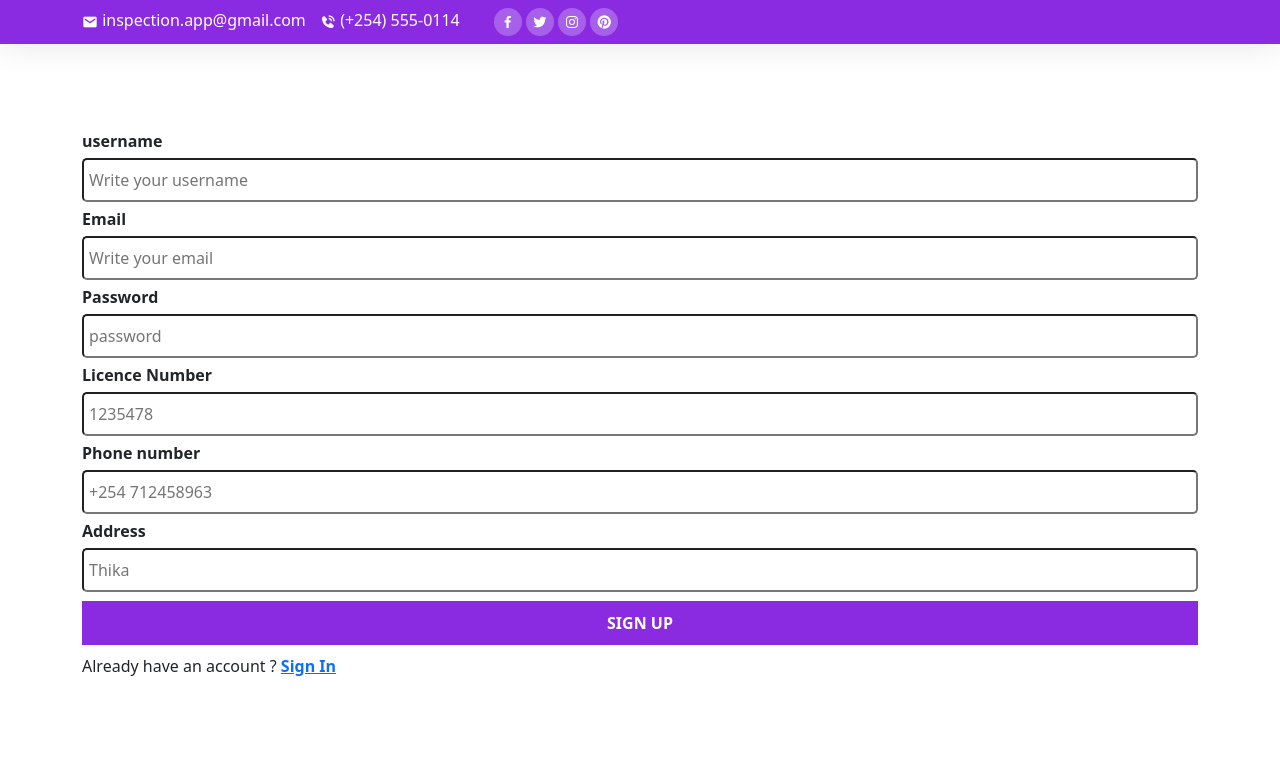
Repository: NDISHAW/Inspectionapp-rails
Page: public/signup.html
These files come from the project's save history. The page is drawn as it stood at one moment and after the next save; the edit follows.
The browser window is 1280 px wide. The pictures show the whole page.

Above is the page before, as saved 2022-10-09 04:18:36.

### public/signup.html
<!DOCTYPE html>
<html lang="en">
  <head>
    <meta charset="UTF-8" />
    <meta http-equiv="X-UA-Compatible" content="IE=edge" />
    <meta name="viewport" content="width=device-width, initial-scale=1.0" />
    <title>Sign up</title>
    <link rel="stylesheet" href="css/style.css">
    <link rel="stylesheet" href="css/bootstrap.min.css">
    <link rel="stylesheet" href="css/owl.carousel.min.css">
    <link rel="stylesheet" href="css/owl.theme.default.min.css">
    <link href='https://unpkg.com/boxicons@2.1.1/css/boxicons.min.css' rel='stylesheet'>

    <script src="/js/axios/dist/axios.min.js"></script>
  </head>
  <body data-bs-spy="scroll" data-bs-target=".navbar" data-bs-offset="70">


      <!-- TOP NAV -->
      <div class="top-nav navbar" id="home">
          <div class="container">
              <div class="row justify-content-between">
                  <div class="col-auto">
                      <p> <i class='bx bxs-envelope'></i> inspection.app@gmail.com</p>
                      <p> <i class='bx bxs-phone-call'></i> (+254) 555-0114</p>
                  </div>
                  <div class="col-auto social-icons">
                      <a href="#"><i class='bx bxl-facebook'></i></a>
                      <a href="#"><i class='bx bxl-twitter'></i></a>
                      <a href="#"><i class='bx bxl-instagram'></i></a>
                      <a href="#"><i class='bx bxl-pinterest'></i></a>
                  </div>
              </div>
          </div>
      </div>
    <section id="about">
      <div class="container">
    <div class="row justify-content-center">
      <div class="col-12">
      <!-- username  -->
      <div class="username">
        <label for="username">username</label>
        <input
          type="username"
          name="username"
          id="username"
          placeholder="Write your username"
        />
      </div>
      <!-- Email  -->
      <div class="email">
        <label for="email">Email</label>
        <input
          type="email"
          name="email"
          id="email"
          placeholder="Write your email"
        />
      </div>
      <!-- passWord -->
      <div class="pass">
        <label for="password">Password</label>
        <input
          type="password"
          name="password"
          id="password"
          placeholder="password"
        />
      </div>
      <!-- licence_no -->
      <div class="pass">
        <label for="licence_no">Licence Number</label>
        <input
          name="licence_no"
          id="licence_no"
          placeholder="1235478"
        />
      </div>

      <!-- phone -->
      <div class="pass">
        <label for="phone">Phone number</label>
        <input
          name="phone"
          id="phone"
          placeholder="+254 712458963"
        />
      </div>

      <!-- address -->
      <div class="pass">
        <label for="address">Address</label>
        <input
          type="address"
          name="address"
          id="address"
          placeholder="Thika"
        />
      </div>
      <!-- Rails button -->
      <!-- <button id="submit-btn" onclick="rails()">Rails test</button> -->
      <!-- Sign Up button -->
      <button id="submit-btn" onclick="signUp();">Sign Up</button>
      <!-- Sign In option -->
      <p>Already have an account ?</p>
      <span><a href="signIn.html">Sign In</a></span>
    </div>
    </div>
    </div>
    </section>
  </div>
    <script src="main.js"></script>
  </body>
</html>

### public/css/style.css
@import url('https://fonts.googleapis.com/css2?family=Barlow:wght@400;500;600;700&display=swap');

:root {
    --brand: blueviolet;
    --dark: #092032;
    --body: #516171;
    --border: rgba(0,0,0,0.08);
    --shadow: 0px 6px 30px rgba(0, 0, 0, 0.08);

}

body {
    font-family: "Barlow", sans-serif;
    color: var(--body);
    line-height: 1.7;
}

h1,h2,h3,h4,h5,h6,
.display-1,.display-2,.display-3,.display-4 {
    font-weight: 700;
    color: var(--dark);
}

.bg-cover {
    background-size: cover;
    background-position: center;
    background-repeat: no-repeat;
}

img {
    width: 100%;
}

a {
    color: var(--dark);
    transition: all 0.4s ease;
    font-weight: 500;
}

a:hover {
    color: var(--brand);
}

section {
    padding-top: 80px;
    padding-bottom: 80px;
}

.text-brand {
    color: var(--brand) !important;
}


.hero-slider .owl-prev,
.hero-slider .owl-next{
    background-color: rgba(255, 255, 255, 0.3) !important;
    width: 60px !important;
    height: 60px !important;
    display: block;
    display: grid;
    place-items: center;
    color: #fff !important;
    border-radius: 100px;
    line-height: 0;
    border-radius: 100px !important;
    position: absolute;
    top: 50%;
    font-weight: 600 !important;
    font-size: 12px !important;
    transition: all 0.4s ease;
    margin-top: -30px !important;
}

.owl-prev {
    left: 0;
}
.owl-next {
    right: 0;
}

.hero-slider .owl-prev:hover,
.hero-slider .owl-next:hover {
    background-color: var(--brand) !important;
}

.owl-dot.active span{
    background-color: var(--brand) !important;
}


 /* slide */
 .slide {
     min-height: 100vh;
     display: flex;
     align-items: center;
     justify-content: center;
     position: relative;
}

.slide1 {
    background: linear-gradient(rgba(0, 0, 0, 0.4), rgba(0, 0, 0, 0.4)), url(../img/mec2.jpg);
    background-size: cover;
    background-position: center;
    background-repeat: no-repeat;
}

.slide2 {
    background: linear-gradient(rgba(0, 0, 0, 0.4), rgba(0, 0, 0, 0.4)), url(../img/world3.jpg);
    background-size: cover;
    background-position: center;
    background-repeat: no-repeat;
}

.slide .display-3 {
    text-transform: uppercase;
    color: #fff;
}

/* navbar */
.top-nav {
    background-color: var(--brand);
    color: #fff;
    padding-top: 5px;
    padding-bottom: 5px;
}

.top-nav p {
    display: inline-block;
    margin-bottom: 0;
    margin-right: 10px;
}

.top-nav span,
.top-nav i {
    vertical-align: middle;
}

.navbar {
    box-shadow: var(--shadow);
}

.social-icons a {
    width: 28px;
    height: 28px;
    display: inline-flex;
    color: #fff;
    background-color: rgba(255, 255, 255, 0.25);
    text-decoration: none;
    align-items: center;
    justify-content: center;
    border-radius: 100px;
}

.social-icons a:hover {
    background-color: #fff;
    color: var(--brand);
}

.navbar .navbar-nav .nav-link {
    color: var(--dark);
}

.navbar .navbar-nav .nav-link:hover {
    color: var(--brand);
}

.navbar .navbar-nav .nav-link.active {
    color: var(--brand);
}

.navbar-brand {
    font-size: 28px;
    font-weight: 700;
}

.navbar-brand .dot {
    color: var(--brand);
}

.btn {
    padding: 8px 26px;
}

.btn-brand {
    border-color: var(--brand);
    background-color: var(--brand);
    color: #fff;
}

.btn-brand:hover {
    background-color: #d64022;
    border-color: #d64022;
    color: #fff;
}

.intro {margin-bottom: 36px;
text-align: center;}

.intro p {
    max-width: 500px;
}
.intro h6{
    color: var(--brand);
    font-weight: 400;
    text-transform: uppercase;
}

.intro h1 {
    margin-top: 15px;
    margin-bottom: 15px;
}

.info-box {
    align-items: center;
    display: flex;
}

.info-box img {
    width: 90px;
}


#milestone {
    background: linear-gradient(rgba(136, 42, 143, 0.85), rgba(48, 181, 123, 0.85)), url(../img/inspe.jpg);
    background-size: cover;
    background-position: center;
    background-repeat: no-repeat;
}

#milestone h1,
#milestone p {
    color: #fff;
}

.service {
    padding: 32px;
    background-color: #fff;
    box-shadow: var(--shadow);
}

.service h5 {
    margin-top: 24px;
    margin-bottom: 14px;
}

.service img {
    width: 90px;
}


.project {
    position: relative;
    overflow: hidden;
    z-index: 2;
}

.project h6 {
    font-weight: 400;
}

.project h6::before {
    content: "";
    height: 2px;
    width: 30px;
    display: inline-block;
    background: var(--brand);
    vertical-align: middle;
    margin-right: 10px;
}


.project .overlay {
    width: 100%;
    height: 220px;
    position: absolute;
    bottom: 0;
    left: 0;
    background: linear-gradient(180deg, rgba(255, 76, 41, 0) 0%, var(--dark) 100%);
}

.project .content {
    position: absolute;
    left: 10%;
    bottom: 10%
}

.project h2,
.project h6 {
    color: #fff;
}

.team-member {
    text-align: center;
}

.team-member .image{
    position: relative;
    z-index: 2;
    overflow: hidden;
}

.team-member .overlay {
    width: 100%;
    height: 100%;
    position: absolute;
    left: 0;
    top: -10%;
    background-color: rgba(255, 77, 41, 0.7);
    opacity: 0;
    transition: all 0.4s ease;
}

.team-member h5 {
    margin-top: 16px;
    margin-bottom: 4px;
}

.team-member .social-icons {
    position: absolute;
    top: 60%;
    left: 50%;
    transform: translate(-50%, -50%);
    z-index: 2;
    opacity: 0;
    transition: all 0.4s ease;
}

.team-member .social-icons a {
    width: 40px;
    height: 40px;
}

.team-member:hover .social-icons {
    top: 50%;
    opacity: 1;
}

.team-member:hover .overlay {
    top: 0%;
    opacity: 1;
}

#reviews {

    background: linear-gradient(-90deg, rgba(8, 32, 50, 0.8), rgba(8, 32, 50, 0.8)), url(../img/imago.jpg), #082032;;
    background-size: cover;
    background-position: center;
    background-repeat: no-repeat;
}

.review {
    text-align: center;
    z-index: 2;
    position: relative;
    margin: 15px;
    max-width: 768px;
    margin: auto;
}

.review .bxs-quote-alt-left {
    font-size: 120px;
    position: absolute;
    opacity: 0.1;
    left: 50%;
    top: 50%;
    transform: translate(-50%, -50%);
    color: #fff;
}

.review img {
    width: 80px !important;
    height: 80px;
    border-radius: 100px;
    margin: auto;
}

.review h5 {
    margin-top: 16px;
    margin-bottom: 4px;
    color: #fff;
}

.review h3 {
    margin-top: 26px;
    margin-bottom: 26px;
    font-size: 22px;
    color: #fff;
    font-weight: 400;
    line-height: 1.7;
}

.review small {
    color: var(--brand);
}

.review .stars {
    color: var(--brand);
}

.blog-post {
    position: relative;
    background-color: #fff;
    box-shadow: var(--shadow);
}

.blog-post .content {
    padding: 32px;
}

.blog-post a {
    position: absolute;
    top: 20px;
    left: 20px;
    background-color: var(--brand);
    padding: 2px 12px;
    border-radius: 100px;
    text-decoration: none;
    color: #fff;
}

.blog-post h5 {
    margin-top: 12px;
    margin-bottom: 12px;
}

.blog-post small {
    text-transform: uppercase;
    color: var(--brand);
    text-decoration: underline;
}

footer {
    background: linear-gradient(0deg, rgba(8, 32, 50, 0.9), rgba(8, 32, 50, 0.9)), url(../img/teammech.jpg), #082032;;
    background-size: cover;
    background-position: center;
    background-repeat: no-repeat;
}

footer .footer-top {
    padding-top: 80px;
    padding-bottom: 40px;
}

.footer-bottom {
    border-top: 1px solid rgba(255, 255, 255, 0.1);
    padding-bottom: 20px;
    padding-top: 20px;
}

footer .navbar-brand {
    color: #fff;
}

footer p {
    color: #ADB3B9;
}

footer .social-icons a {
    width: 50px;
    height: 50px;
    font-size: 20px;
    margin-left: 4px;
    margin-right: 4px;
}

.loader {
    min-height: 100vh;
    display: flex;
    align-items: center;
    justify-content: center;
    background-color: red;
    z-index: 99999;
    position: fixed;
    left: 0;
    right: 0;
}


input.form-control {
    border-color: transparent;
    height: 44px;
}

.form-control {
    background-color: rgba(0, 0, 0, 0.04);
    border-color: rgba(0, 0, 0, 0.04);;
}

.form-control:focus {
    box-shadow: none;
    border-color: var(--brand);
}
.form {
    width: 400px;
    border-radius: 5px;
    background-color: white;
    height:fit-content;
    padding: 5px 10px;
    background-color: #9633FF;
}
label {
    display: block;
    font-weight: bolder;
    margin: 5px 0px;
}

input {
    width: 100%;
    padding: 8px 5px;
    border-radius: 5px;
    margin-bottom: 10px;
}

#submit-btn {
    border: none;
    background-color: blueviolet;
    width: 100%;
    padding: 10px 8px;
    color: white;
    font-weight: bolder;
    text-transform: uppercase;
    cursor: pointer;
    margin: 9px 0px;
}

p {
    font-size: 16px;
    border-radius: 10px;
    cursor: pointer;
    display: inline-block;
}

a {
    text-decoration: none;
    font-weight: bolder;
}


/*@import url(https://fonts.googleapis.com/css?family=Roboto:400,300,500);*/
*:focus {
    outline: none;

}

### public/main.js
// // setting up firebase with our website
// const firebaseApp = firebase.initializeApp({
//         apiKey: "AIzaSyDF9DKF44fhzBzk5fZB5Mk4_21q4Ey2kxQ",
//         authDomain: "inspection-e4bf7.firebaseapp.com",
//         projectId: "inspection-e4bf7",
//         storageBucket: "inspection-e4bf7.appspot.com",
//         messagingSenderId: "94545597565",
//         appId: "1:94545597565:web:9e1d12415061541a4ecd14",
//         measurementId: "G-P207FELWW2"
//       });
// const db = firebaseApp.firestore();
// const auth = firebaseApp.auth();

// Sign up function
// function signUp(){
//     //DOM manupilation
//     const email = document.getElementById("email").value;
//     const password = document.getElementById("password").value;
//     const phone = document.getElementById("phone").value;
//     const licence_no = document.getElementById("licence_no").value;
//     const address = document.getElementById("address").value;
//     console.log(email, password)
//     // firebase code
//     firebase.auth().createUserWithEmailAndPassword(email, password)
//         .then((result) => {
//             // Signed in
//             document.write("You are Signed Up")
//             window.location = "dashboard.html";
//             console.log(result)
//             // ...
//         })
//         .catch((error) => {
//             console.log(error.code);
//             console.log(error.message)
//             // ..
//         });
// }




// Sign In function
// const username = document.getElementById("username").value;
// const password = document.getElementById("password").value;

function signIn() {
    const username = document.getElementById("username").value;
    const password = document.getElementById("password").value;
    // firebase code
    // firebase.auth().signInWithEmailAndPassword(email, password)
    axios
        .post("http://localhost:3000/api/login", {
            password: password,
            username: username,
            // phone: phone,
            // licence_no: licence_no,
            // address: address,
        })
        .then((result) => {
            // Signed in
            document.write("You are Signed In");
            // window.location = "form.html";
            window.location = "dashboard.html";

            console.log(result);
        })
        .catch((error) => {
            console.log(error.code);
            console.log(error.message);
        });
}

function signUp() {
  const username = document.getElementById("username").value;
  const email = document.getElementById("email").value;
  const password = document.getElementById("password").value;const phone = document.getElementById("phone").value;const licence_no = document.getElementById("licence_no").value;const address = document.getElementById("address").value;
  // firebase code
  // firebase.auth().signInWithEmailAndPassword(email, password)
  axios
    .post("http://localhost:3000/api/signup", {
      username: username,
      password: password,
      phone: phone,
      licence_no: licence_no,
      address: address,
      email: email,
    })
    .then((result) => {
      // Signed in
      document.write("You are Signed Up");
      // window.location = "form.html";
      window.location = "dashboard.html";

      console.log(result);
    })
    .catch((error) => {
      console.log(error.code);
      console.log(error.message);
    });
}

Loaded but not shown: public/css/bootstrap.min.css (library); public/css/owl.carousel.min.css (library); public/css/owl.theme.default.min.css (common file); public/js/axios/dist/axios.min.js (library)

After the next save:
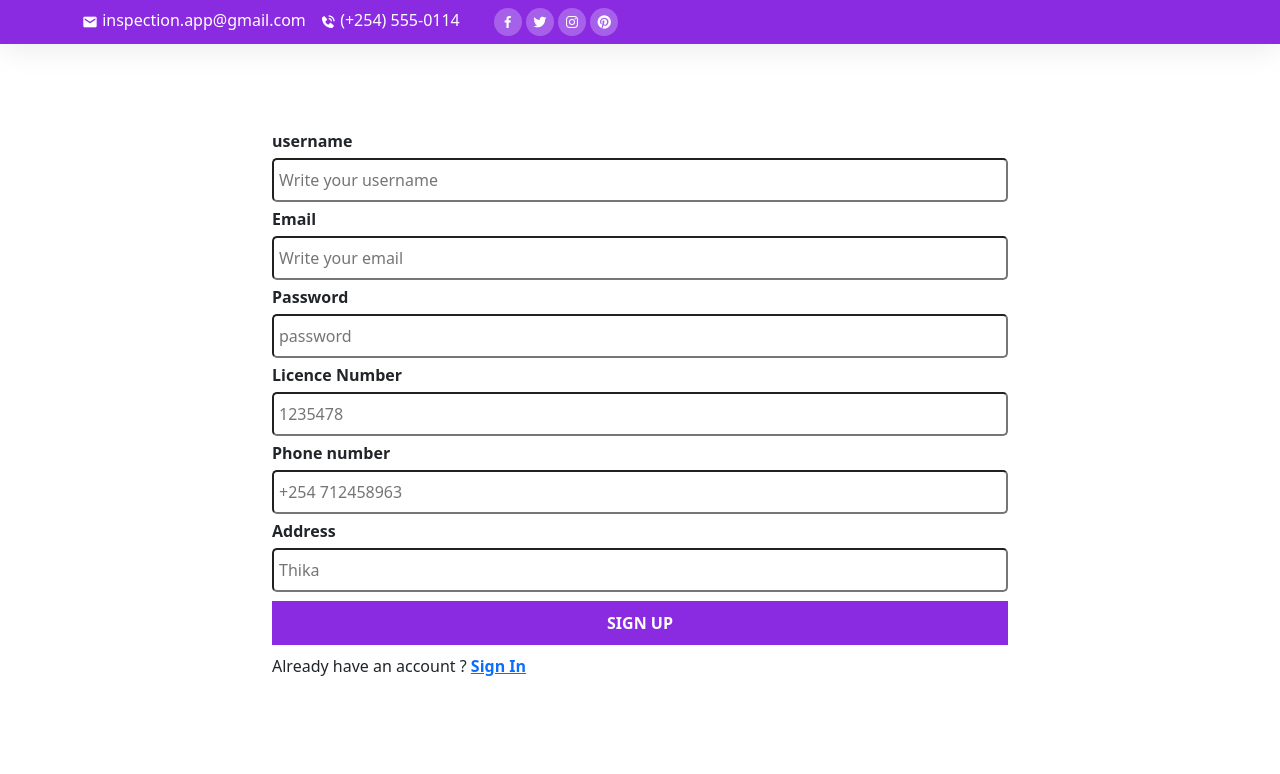
Saved 12 s later.
--- a/public/signup.html
+++ b/public/signup.html
@@ -36,7 +36,7 @@
     <section id="about">
       <div class="container">
     <div class="row justify-content-center">
-      <div class="col-12">
+      <div class="col-8">
       <!-- username  -->
       <div class="username">
         <label for="username">username</label>
